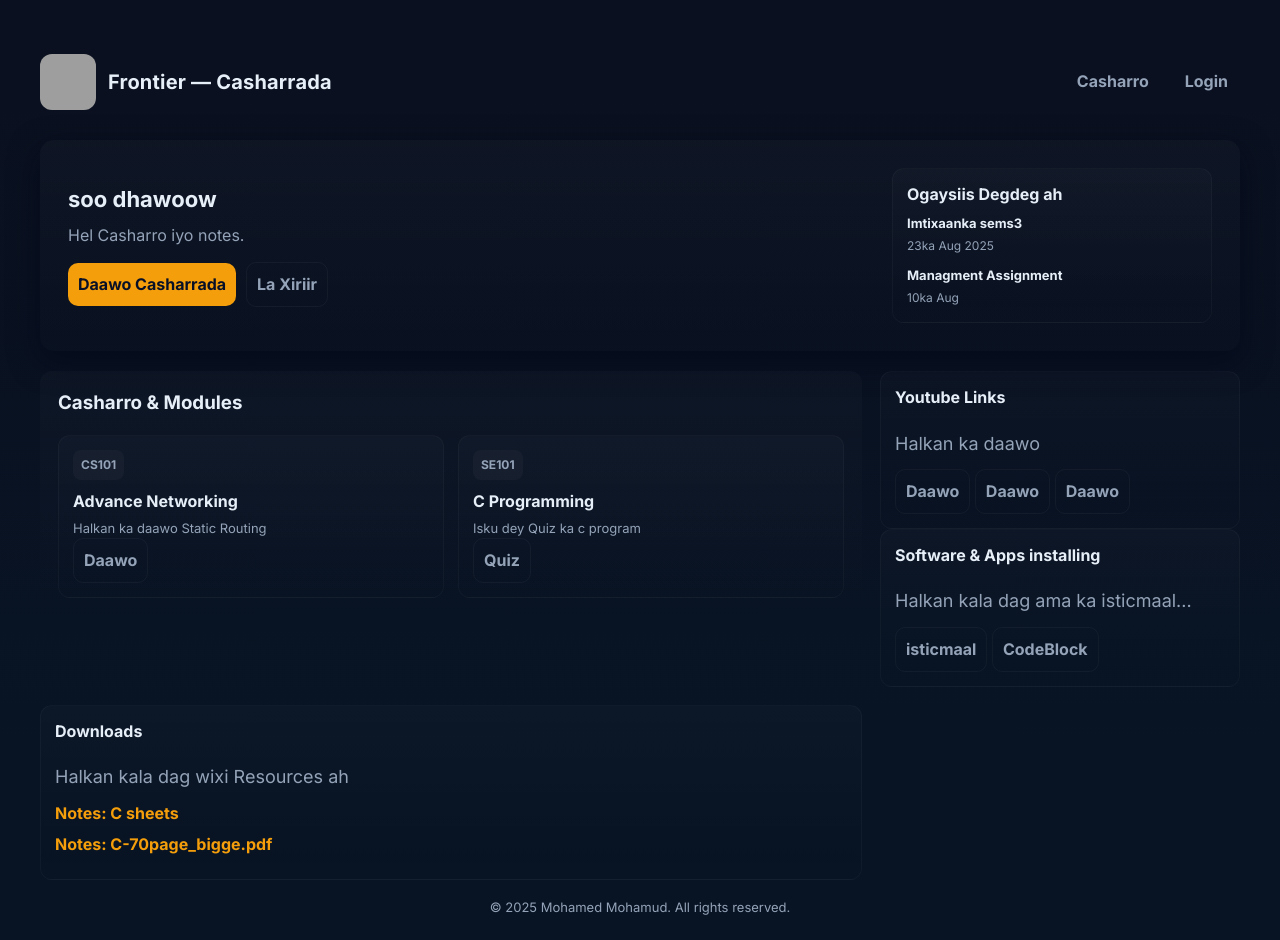
Repository: mrfiiqane/Al-Tacaawun.com
Page: index.html
An editor plug-in stored every save of this project. The page is shown before and after the next save, followed by the edit.
The browser window is 1280 px wide. The pictures show the whole page.
Pictures or frames that could not be fetched are drawn as grey boxes.

Above is the page before, as saved 2025-08-12 09:03:17.

### index.html
<!doctype html>
<html lang="en">
<head>
  <meta charset="utf-8" />
  <meta name="viewport" content="width=device-width,initial-scale=1" />
  <title>Jaamacadda — Casharrada</title>
  <link rel="stylesheet" href="./style.css">

  <!-- Google Font (optional) -->
  <link href="https://fonts.googleapis.com/css2?family=Inter:wght@300;400;600;700&display=swap" rel="stylesheet">

</head>
<body>
  <div class="wrap">

    <header>
      <div class="brand">
        <div class="logo"></div>
        <div>
          <h1 class="site-title">Frontier — Casharrada</h1>
        </div>
      </div>

      <nav aria-label="Primary">
        <a href="#courses">Casharro</a>
        <a href="./Singin.html">Login</a>
      </nav>
    </header>

    <section class="hero">
      <div class="hero-left">

        <h2>soo dhawoow</h2>
        <p>Hel Casharro iyo notes.</p>

        <div class="cta-row">
          <a class="btn" href="#courses">Daawo Casharrada</a>
          <a class="btn secondary" href="#contact">La Xiriir</a>
        </div>
      </div>

      <div class="hero-right card">
        <h4 style="margin:0 0 8px 0">Ogaysiis Degdeg ah</h4>
        <ul class="ann-list">
          <li class="ann"><div><b>Imtixaanka sems3</b><small> 23ka Aug 2025</small></div></li>
          <li class="ann"><div><b>Managment Assignment</b><small> 10ka Aug</small></div></li>
        </ul>
      </div>
    </section>

    <div class="grid">
      <main>
        <!-- Courses -->
        <div id="courses" class="section">
          <h3 style="margin-top:0">Casharro & Modules</h3>
          <div class="courses">
            <article class="course">
              <span class="code">CS101</span>
              <h3>Advance Networking</h3>
              <p>Halkan ka daawo Static Routing</p>
              <a class="btn secondary" href="https://youtu.be/i_kWL7zncr0?si=UCBDJ3CswC6rXT9E" >Daawo</a>
            </article>
            <article class="course">
              <span class="code">SE101</span>
              <h3>C Programming</h3>
              <p>Isku dey Quiz ka c program</p>
              <a class="btn secondary" href="https://quiz-with-c.vercel.app/" >Quiz</a>
            </article>



          </div>
        </div>



      </main>

      <!-- Sidebar -->
      <aside>
        <div class="card">
          <h4 style="margin-top:0">Youtube Links</h4>
          <p class="site-sub">Halkan ka daawo</p>
          <ul style="margin:12px 0 0 0; padding:0; list-style:none;">
            <a class="btn secondary" href="https://youtu.be/eYBJgoVVvV4" >Daawo</a>
            <a class="btn secondary" href="https://youtu.be/OuTGAZUUJFI" >Daawo</a>
            <a class="btn secondary" href="https://youtu.be/sqkx3KoNXKo" >Daawo</a>
          </ul>
        </div>
        <div class="card">
          <h4 style="margin-top:0">Software & Apps installing</h4>
          <p class="site-sub">Halkan kala dag ama ka isticmaal...</p>
          <ul style="margin:12px 0 0 0; padding:0; list-style:none;">
            <a class="btn secondary" href="https://www.programiz.com/c-programming/online-compiler/" >isticmaal</a>
            <a class="btn secondary" href="https://sourceforge.net/projects/codeblocks/files/Binaries/25.03/Windows/codeblocks-25.03mingw-setup.exe/download" >CodeBlock</a>

          </ul>
        </div>

      </aside>
      <aside>
        <div class="card">
          <h4 style="margin-top:0">Downloads</h4>
          <p class="site-sub">Halkan kala dag wixi Resources ah</p>
          <ul style="margin:12px 0 0 0; padding:0; list-style:none;">
            <li style="margin-bottom:8px"><a href="./images/cheat_sheet_c.pdf" download="" style="color:var(--accent); text-decoration:none; font-weight:700">Notes: C sheets</a></li>
            <li style="margin-bottom:8px"><a href="./images/C-70page-begginers.pdf" download="" style="color:var(--accent); text-decoration:none; font-weight:700">Notes: C-70page_bigge.pdf</a></li>
          </ul>
        </div>

      </aside>
    </div>

    <footer>
      © <span id="year"></span> 2025 Mohamed Mohamud. All rights reserved.
    </footer>

  </div>

</body>
</html>

### style.css
:root{
      --bg:#0f1724;
      --card:#0b1220;
      --accent:#F59E0B;
      --muted:#94a3b8;
      --glass: rgba(255,255,255,0.04);
      --radius:14px;
      --maxw:1200px;
      font-family: "Inter", system-ui, -apple-system, "Segoe UI", Roboto, "Helvetica Neue", Arial;
    }
    *{box-sizing:border-box}
    html,body{
      height:80%
      width:80%
    }
    body{
      margin:0;
      background: linear-gradient(180deg,#0a101f 10%, #081424 80%);
      color:#e6eef8;
      -webkit-font-smoothing:antialiased;
      -moz-osx-font-smoothing:grayscale;  /* //waa maxay */
      line-height:1.45;
      padding:24px;
      display:flex;
      justify-content:center;
    }
    .wrap{
      width:100%;
      max-width:var(--maxw);

    }

    /* Header */
    header{
      display:flex;
      align-items:center;
      justify-content:space-between;
      gap:16px;
      margin: 30px auto;
    }
    .brand{
      display:flex;
      align-items:center;
      gap:12px;
    }
    .logo{
      background-image: url('https://encrypted-tbn0.gstatic.com/images?q=tbn:ANd9GcTuMOF6fEdt8Zlo2HOTVPE4MufJVdZzyfTKlA&s');
      background-size:cover;
      background-position:center;
      background-repeat:no-repeat;
      width:56px;
      height:56px;
      border-radius:12px;
      display:flex;
      align-items:center;
      justify-content:center;
      font-weight:700;
      font-size:20px;
    }
    h1.site-title{
      margin:0;
      font-size:20px;
      letter-spacing:0.2px;
    }
    p.site-sub{ margin:0; color:var(--muted); font-size:18px }

    nav{
      display:flex;
      gap:12px;
      align-items:center;
    }
    nav a{
      color:var(--muted);
      text-decoration:none;
      font-weight:800;
      padding:8px 12px;
      border-radius:10px;
    }
    nav a:hover{ color:#fff; background:var(--glass) }

    /* Hero */
    .hero{
      background: linear-gradient(180deg, rgba(255,255,255,0.02), transparent);
      border-radius: var(--radius);
      padding:28px;
      display:flex;
      gap:24px;
      align-items:center;
      margin-bottom:20px;
      box-shadow: 0 10px 30px rgba(2,6,23,0.6);
    }
    .hero-left{flex:1}
    .hero-right{ width:320px; min-width:220px }
    .hero h2{ margin:0 0 8px 0; font-size:22px }
    .hero p{ margin:0 0 14px 0; color:var(--muted) }

    .cta-row{ display:flex; gap:10px; align-items:center }
    .btn{
      background:var(--accent);
      color:#081028;
      padding:10px;
      border-radius:10px;
      font-weight:700;
      border:none;
      cursor:pointer;
      text-decoration:none;
      display:inline-block;
    }
    .btn.secondary{
      background:transparent;
      color:var(--muted);
      border:1px solid rgba(255,255,255,0.04);
    }

    /* Grid */
    .grid{
      display:grid;
      gap:18px;
      grid-template-columns: 1fr 360px;
    }

    /* Main content */
    main{ background:transparent }
    .section{
      background: linear-gradient(180deg, rgba(255,255,255,0.02), transparent);
      padding:18px;
      border-radius:12px;
      margin-bottom:16px;
    }

    /* Courses */
    .courses{
      display:grid;
      grid-template-columns: repeat(auto-fit,minmax(230px,1fr));
      gap:14px;
    }
    .course{
      background:linear-gradient(180deg, rgba(255,255,255,0.02), transparent);
      padding:14px;
      border-radius:12px;
      border:1px solid rgba(255,255,255,0.03);
      transition:transform .18s ease, box-shadow .18s ease;
    }
    .course:hover{ transform:translateY(-6px); box-shadow:0 12px 30px rgba(2,6,23,0.6) }
    .code{
      display:inline-block;
      background:rgba(255,255,255,0.03);
      padding:6px 8px;
      border-radius:8px;
      color:var(--muted);
      font-weight:700;
      font-size:12px;
    }
    .course h3{ margin:10px 0 6px 0; font-size:16px }
    .course p{ margin:0; color:var(--muted); font-size:13px }

    /* Sidebar cards */
    .card{
      background: linear-gradient(180deg, rgba(255,255,255,0.02), transparent);
      padding:14px;
      border-radius:12px;
      border:1px solid rgba(255,255,255,0.03);
    }
    .ann-list{ list-style:none; margin:0; padding:0; display:flex; flex-direction:column; gap:10px }
    .ann{
      display:flex; gap:10px; align-items:flex-start;
    }
    .ann b{ display:block; font-size:13px }
    .ann small{ color:var(--muted); font-size:12px }

    footer{
      margin-top:18px; text-align:center; color:var(--muted); font-size:13px;
    }

    /* Responsive */
    @media (max-width:768px){
    header{
      display:block;
      align-items:center;
      justify-content:space-around;
      gap:5px;
      margin-bottom:22px;
    }
    .hero, .grid{
      display: flex;
      flex-direction: column;
    }

    nav{
      gap:5px;
      justify-content: end;
    }
    .btn{
      padding:10px;
    }

    }

After the next save:
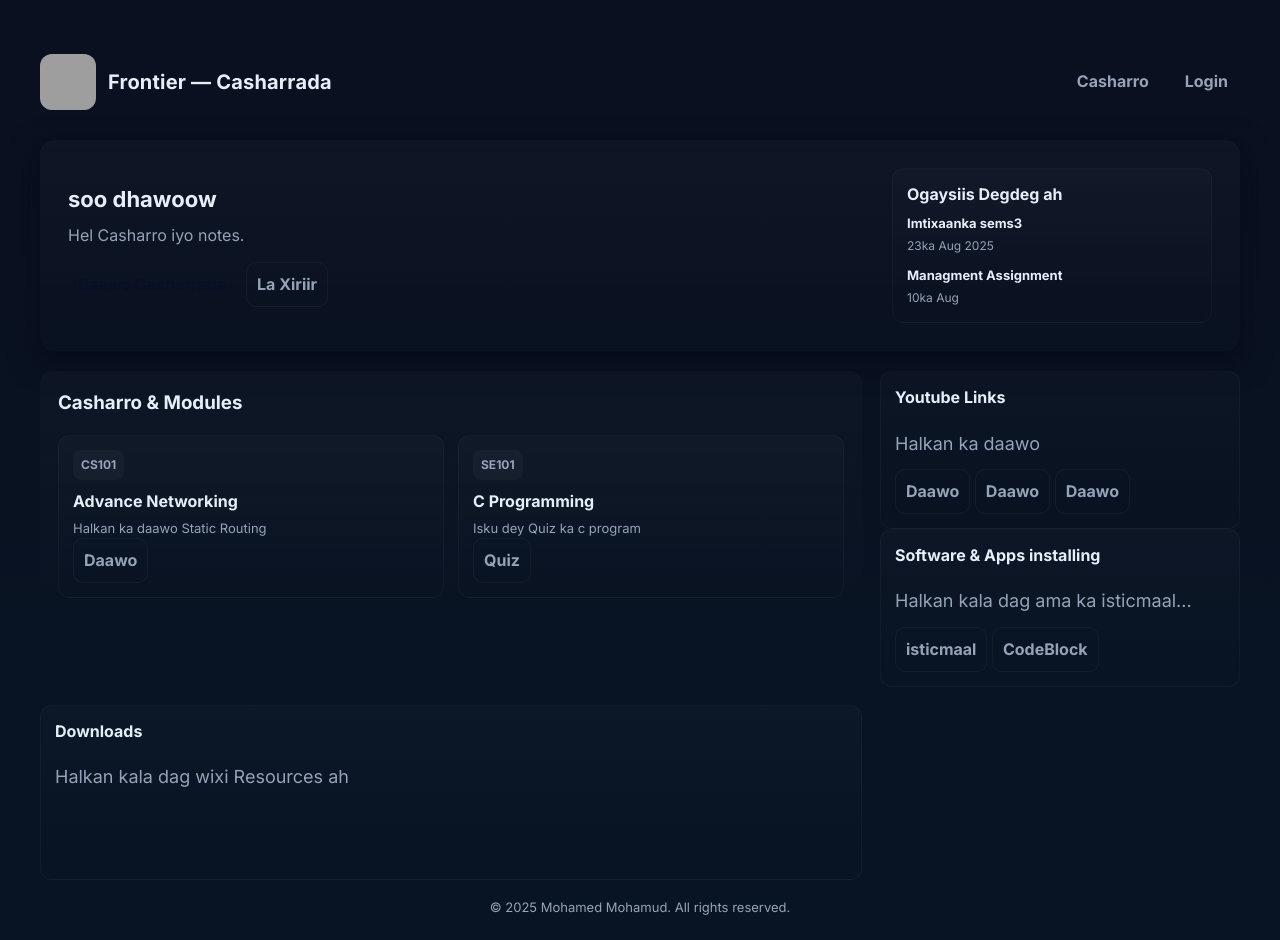
Saved 43 s later.
--- a/style.css
+++ b/style.css
@@ -1,7 +1,7 @@
 :root{
       --bg:#0f1724;
       --card:#0b1220;
-      --accent:#F59E0B;
+      --accent:#f59f0b00;
       --muted:#94a3b8;
       --glass: rgba(255,255,255,0.04);
       --radius:14px;
